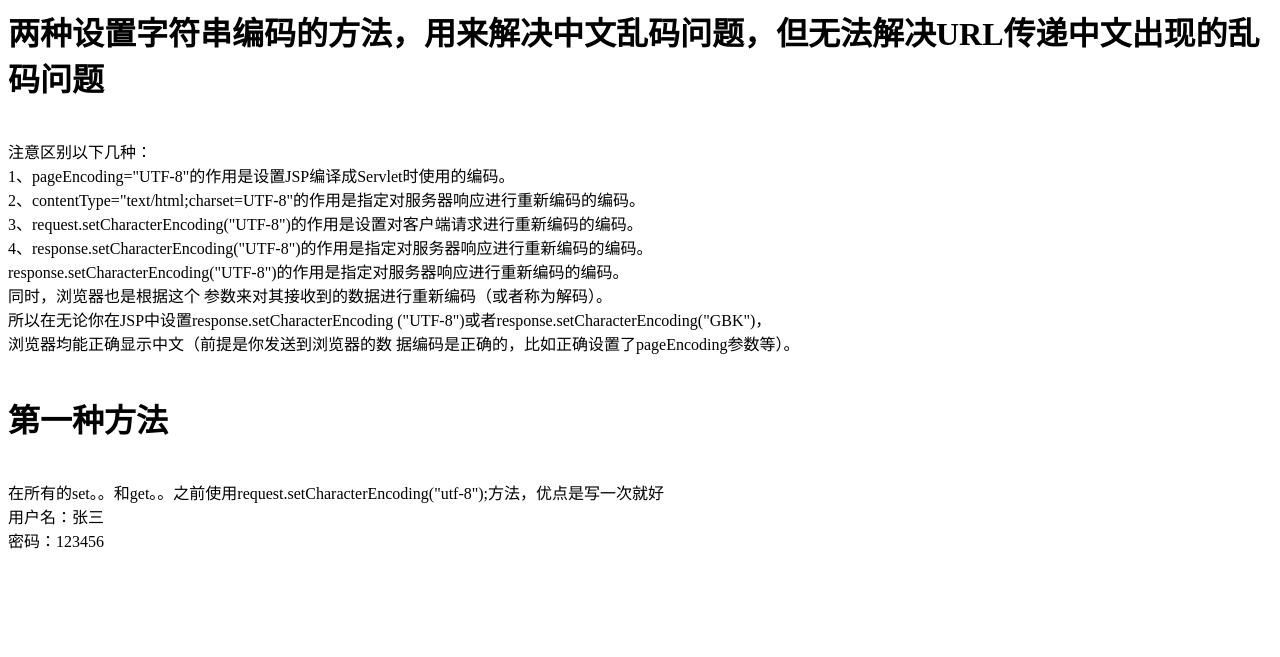
Repository: Fuhai-Chen/javaweb
Page: http://localhost/Chapter_4_example/setCEncoding.jsp
The author's editor kept a copy of each file at every save. The page is drawn from the files as they stood at one save, then again after the next save.
The browser window is 1280 px wide. The pictures show the whole page.
The page is served by Tomcat 9.

Above is the page before, as saved 2020-09-23 08:27:16.

### Chapter_4_example/WebRoot/setCEncoding.jsp
<%@ page language="java" import="java.util.*" pageEncoding="UTF-8"%>
<%
String path = request.getContextPath();
String basePath = request.getScheme()+"://"+request.getServerName()+":"+request.getServerPort()+path+"/";
%>

<!DOCTYPE HTML PUBLIC "-//W3C//DTD HTML 4.01 Transitional//EN">
<html>
  <head>
    <base href="<%=basePath%>">

    <title>My JSP 'setCEncoding.jsp' starting page</title>

	<meta http-equiv="pragma" content="no-cache">
	<meta http-equiv="cache-control" content="no-cache">
	<meta http-equiv="expires" content="0">
	<meta http-equiv="keywords" content="keyword1,keyword2,keyword3">
	<meta http-equiv="description" content="This is my page">
	<!--
	<link rel="stylesheet" type="text/css" href="styles.css">
	-->

  </head>

  <body>
    <h1>两种设置字符串编码的方法，用来解决中文乱码问题，但无法解决URL传递中文出现的乱码问题</h1> <br>
    注意区别以下几种：<br>
1、pageEncoding="UTF-8"的作用是设置JSP编译成Servlet时使用的编码。 <br>
2、contentType="text/html;charset=UTF-8"的作用是指定对服务器响应进行重新编码的编码。 <br>
3、request.setCharacterEncoding("UTF-8")的作用是设置对客户端请求进行重新编码的编码。<br>
4、response.setCharacterEncoding("UTF-8")的作用是指定对服务器响应进行重新编码的编码。 <br>
response.setCharacterEncoding("UTF-8")的作用是指定对服务器响应进行重新编码的编码。<br>
同时，浏览器也是根据这个 参数来对其接收到的数据进行重新编码（或者称为解码）。<br>
所以在无论你在JSP中设置response.setCharacterEncoding ("UTF-8")或者response.setCharacterEncoding("GBK")，<br>
浏览器均能正确显示中文（前提是你发送到浏览器的数 据编码是正确的，比如正确设置了pageEncoding参数等）。<br>
<br>
<h1>第一种方法</h1><br>
在所有的set。。和get。。之前使用request.setCharacterEncoding("utf-8");方法，优点是写一次就好<br>
<%
	request.setCharacterEncoding("UTF-8");
	//有问题！！！！这里设置成ISO-8859-1还是可以？？？是因为没涉及到action、等提交动作？没涉及到服务器？？？(周四问老师！)
	request.setAttribute("username","张三");
	request.setAttribute("password","123456");
 %>
 <!-- 先set再用表达式直接输出get -->
用户名：<%=request.getAttribute("username") %><br>
密码：<%=request.getAttribute("password") %>


  </body>
</html>

After the next save:
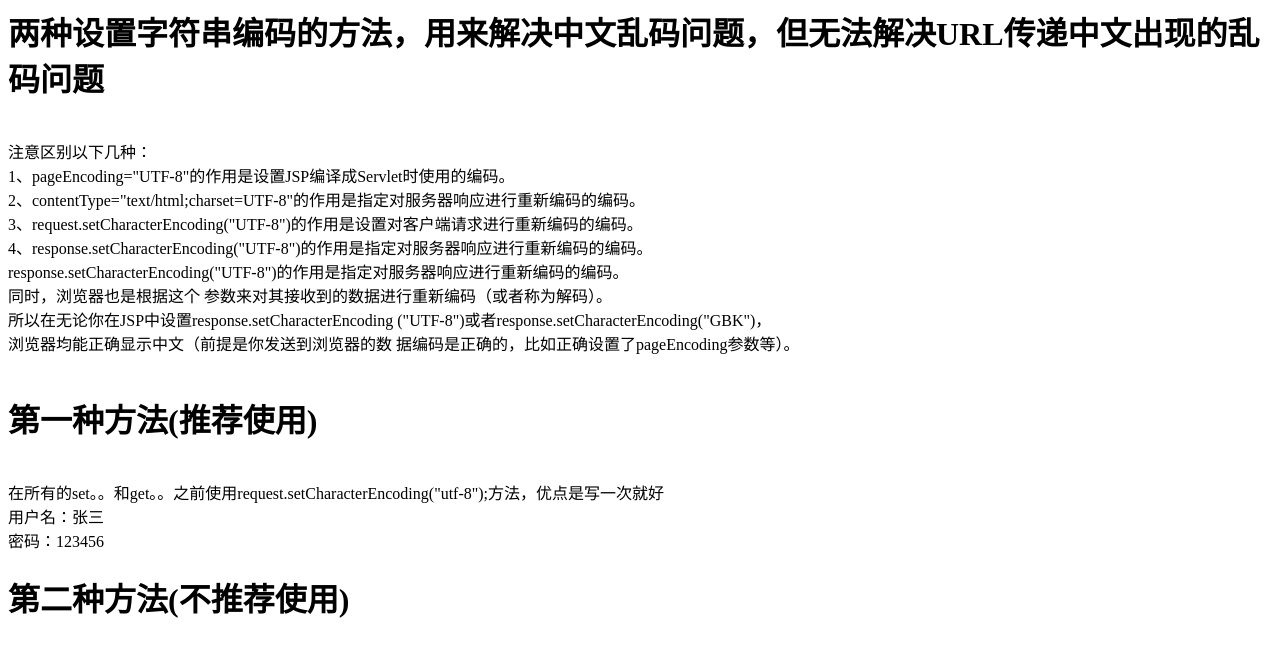
Saved 43 s later.
--- a/Chapter_4_example/WebRoot/setCEncoding.jsp
+++ b/Chapter_4_example/WebRoot/setCEncoding.jsp
@@ -34,7 +34,7 @@ response.setCharacterEncoding("UTF-8")的作用是指定对服务器响应进行
 所以在无论你在JSP中设置response.setCharacterEncoding ("UTF-8")或者response.setCharacterEncoding("GBK")，<br>
 浏览器均能正确显示中文（前提是你发送到浏览器的数 据编码是正确的，比如正确设置了pageEncoding参数等）。<br>
 <br>
-<h1>第一种方法</h1><br>
+<h1>第一种方法(推荐使用)</h1><br>
 在所有的set。。和get。。之前使用request.setCharacterEncoding("utf-8");方法，优点是写一次就好<br>
 <%
 	request.setCharacterEncoding("UTF-8");
@@ -44,7 +44,10 @@ response.setCharacterEncoding("UTF-8")的作用是指定对服务器响应进行
  %>
  <!-- 先set再用表达式直接输出get -->
 用户名：<%=request.getAttribute("username") %><br>
-密码：<%=request.getAttribute("password") %>
+密码：<%=request.getAttribute("password") %><br>
+<h1>第二种方法(不推荐使用)</h1><br>
+
+
 
 
   </body>
